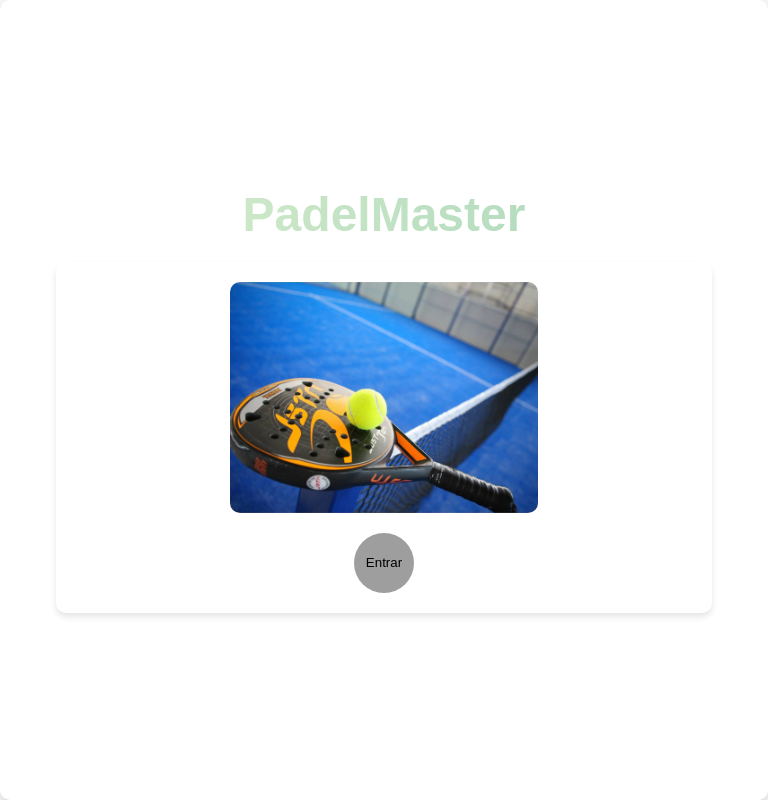
Repository: MarcioMiguel22/PadelMaster
Page: /
These files come from the project's save history. The page is drawn as it stood at one moment and after the next save; the edit follows.
The browser window is 768 px wide. The pictures show the whole page.
Pictures or frames that could not be fetched are drawn as grey boxes. The project was rebuilt for these pictures with package versions that can differ from the ones it lists, and the page was loaded fresh each time. Also part of the build but not shown: vite.config.ts, src/components/components_calculadora/JogadorItem.tsx, src/components/components_calculadora/JogadoresLista.tsx, src/components/components_calculadora/TrocarJogadoresButton.module.css, src/components/components_calculadora/TrocarJogadoresButton.tsx, src/components/components_calculadora/Campo.tsx, src/components/components_calculadora/Jogo.tsx, src/components/components_calculadora/Ranking.module.css and 19 more.

Above is the page before, as saved 2024-06-21 11:01:14.

### src/main.tsx
///home/marciomiguel/code/MarcioMiguel22/Sites/PadelMaster/src/main.tsx
import { render } from 'react-dom';
import { StrictMode } from 'react';
import App from './App';
import './index.css';

const root = document.getElementById('root')!;
render(
  <StrictMode>
    <App />
  </StrictMode>,
  root
);

### src/App.tsx

///home/marciomiguel/code/MarcioMiguel22/Sites/PadelMaster/src/App.tsx

import { BrowserRouter, Routes, Route } from 'react-router-dom';
import Home from './pages/Home/Home';
import Calculadora from './pages/Calculadora/Calculadora';
import PlayerComponent from './pages/Player/playerComponent';
function App() {
  return (
    <BrowserRouter>
      <Routes>
        <Route path="/" element={<Home />} />
        <Route path="/calculadora" element={<Calculadora />} /> // Wrap Calculadora component with curly braces
        <Route path="/player-component" element={<PlayerComponent />} />
      </Routes>
    </BrowserRouter>
  );
}

export default App

### src/pages/Home/Home.tsx
import React from 'react';
import { useNavigate } from 'react-router-dom';
import styles from './Home.module.css';
import padelImage from '../../assets/images/inicio.jpg';

const PadelPage: React.FC = () => {
  const navigate = useNavigate();

  return (
    <div className={styles.padelContainer}>
      <div className={styles.centeredContent}>
        <h1 className={styles.titulo}>PadelMaster</h1>
        <div className={styles.content}>
          <img src={padelImage} alt="Imagem de Padel" className={styles.padelImage} />
          <div className={styles.buttonContainer}>
            <button className={styles.enterButton} onClick={() => navigate('/calculadora')}>Entrar</button>
          </div>
        </div>
      </div>
    </div>
  );
};

export default PadelPage;

### src/pages/Home/Home.module.css
/* Reset some basic elements to ensure cross-browser consistency */
* {
  margin: 0;
  padding: 0;
  box-sizing: border-box;
  font-family: 'Arial', sans-serif;
}

body {
  background-color: #f4f4f9;
  color: #333;
}

.padelContainer {
  display: flex;
  flex-direction: column;
  align-items: center;
  justify-content: center;
  text-align: center;
  height: 100vh;
  overflow: hidden;
  background-color: #fff;
  padding: 20px;
  border-radius: 10px;
  box-shadow: 0 4px 6px rgba(0, 0, 0, 0.1);
}

.centeredContent {
  max-width: 90%;
  width: 100%;
}

.titulo {
  font-size: 3rem;
  color: #2c3e50;
  margin-bottom: 20px;
  background: linear-gradient(to right, #daefcd, #a8d5ba);
  background-clip: text; /* Add the standard property */
  -webkit-background-clip: text;
  -webkit-text-fill-color: transparent;
}

.content {
  display: flex;
  flex-direction: column;
  align-items: center;
  background-color: #fff;
  padding: 20px;
  border-radius: 10px;
  box-shadow: 0 4px 6px rgba(0, 0, 0, 0.1);
}

.padelImage {
  max-width: 100%;
  height: auto;
  border-radius: 10px;
  margin-bottom: 20px;
}

/* Limiting the image size for larger screens */
@media (min-width: 768px) {
  .padelImage {
    max-width: 50%;
  }
}

.buttonContainer {
  display: flex;
  justify-content: center;
}

.enterButton {
  background-image: url('../../assets/images/tennis-ball.png');
  background-size: cover;
  width: 60px;
  height: 60px;
  border: none;
  border-radius: 50%;
  cursor: pointer;
  transition: transform 0.3s ease;
}

.enterButton:hover {
  transform: scale(1.2);
}

### src/pages/Calculadora/Calculadora.css

:root {
  --main-bg-color: #4CAF50;
  --main-hover-color: #45a049;
  --input-padding: 5px;
  --font-size: 16px;
  --box-shadow: 0 0 15px rgba(0, 0, 0, 0.1);
}

body {
  cursor: default; /* Definindo o cursor padrão para o corpo */
}

.calculadora-container {
  display: flex;
  flex-direction: column;
  align-items: center;
  gap: 20px;
  overflow-x: hidden;
  width: 100%;
  max-width: 100vw;
}

.main-content {
  display: flex;
  flex-direction: column;
  align-items: center;
  gap: 20px;
  width: 100%;
  max-width: 100vw;
}

.jogadores-lista {
  background: linear-gradient(to right, #daefcd, #a8d5ba);
  display: flex;
  flex-direction: row;
  justify-content: center;
  flex-wrap: wrap;
  gap: 20px;
  width: 90%;
  max-width: 1100px;
  margin: 0 auto;
  padding: 50px;
  border-radius: 10px;
  box-shadow: var(--box-shadow);
  overflow-x: hidden; /* Adicionado para evitar overflow horizontal */
  cursor: default; /* Garantir que o cursor seja padrão para a lista de jogadores */
}

.fields-container {
  display: flex;
  flex-direction: column;
  align-items: center;
  margin-top: 20px;
  width: 100%;
  max-width: 100vw;
  cursor: default; /* Garantir que o cursor seja padrão para os campos */
}

.campos {
  display: flex;
  flex-wrap: wrap;
  justify-content: space-around;
  width: 100%;
  overflow-x: hidden;
  gap: 20px; /* Added gap between fields */
  cursor: default; /* Garantir que o cursor seja padrão para os campos */
}

.jogadores-coluna {
  display: flex;
  flex-direction: column;
  align-items: center;
  gap: 10px;
  cursor: default; /* Garantir que o cursor seja padrão para as colunas de jogadores */
}

.jogador-item {
  display: flex;
  align-items: center;
  margin-bottom: 10px;
  cursor: default; /* Garantir que o cursor seja padrão para os itens de jogadores */
}

.jogador-item label {
  margin-right: 10px;
  cursor: default; /* Garantir que o cursor seja padrão para os rótulos */
}

.jogador-input {
  margin-right: 5px;
  padding: var(--input-padding);
  font-size: var(--font-size);
  border: 1px solid #ccc;
  border-radius: 5px;
  cursor: text; /* Garantir que o cursor seja de texto para inputs */
  width: auto; /* Ajusta a largura do input ao conteúdo */
  min-width: 10px; /* Define uma largura mínima para o input */
  max-width: 100%; /* Impede que o input exceda a largura do contêiner */
}

.distribute-button, .scroll-to-top {
  background-color: var(--main-bg-color);
  color: white;
  padding: 10px 20px;
  border: none;
  border-radius: 5px;
  cursor: pointer;
  font-size: var(--font-size);
  margin-top: 10px;
}

.distribute-button:hover, .scroll-to-top:hover {
  background-color: var(--main-hover-color);
}

.jogo {
  margin-bottom: 40px;
}

.field {
  background: linear-gradient(to right, #c3e8ad, #a8d5ba);
  padding: 40px;
  border-radius: 10px;
  box-shadow: var(--box-shadow);
  width: 30%;
  min-width: 280px;
  margin: 10px; /* Added margin for extra spacing */
  cursor: default; /* Garantir que o cursor seja padrão para os campos */
}

.field h2 {
  margin-top: 0;
  cursor: default; /* Garantir que o cursor seja padrão para títulos */
}

.team {
  list-style-type: none;
  padding: 10px;
  background-color: #fff;
  margin: 5px 0;
  border-radius: 5px;
  box-shadow: var(--box-shadow);
  width: 100%;
  cursor: default; /* Garantir que o cursor seja padrão para listas de times */
}

.team.vencedor {
  background-color: #d4edda;
}

.team.perdedor {
  background-color: #f8d7da;
}

.team div {
  display: flex;
  align-items: center;
  justify-content: space-between;
  width: 100%;
  flex-wrap: wrap;
}

.team input.jogador-input {
  min-width: 100px;
  margin-right: 10px;
  cursor: text; /* Garantir que o cursor seja de texto para inputs */
}

.team input.resultado-input {
  margin-left: 10px;
  padding: var(--input-padding);
  font-size: var(--font-size);
  cursor: text; /* Garantir que o cursor seja de texto para inputs */
}

.ranking-container {
  margin-top: 40px;
  text-align: center; /* Centraliza o conteúdo dentro do contêiner */
}

.ranking-container h2 {
  margin-bottom: 10px;
  cursor: default; /* Garantir que o cursor seja padrão para títulos */
}

.ranking-container ul {
  list-style-type: none;
  padding: 0;
  cursor: default; /* Garantir que o cursor seja padrão para listas */
}

.ranking-container li {
  margin: 5px 0;
  cursor: default; /* Garantir que o cursor seja padrão para itens de lista */
}

.export-button-container {
  display: flex;
  justify-content: center;
  margin-top: 20px;
}

.export-button {
  background-color: #4CAF50; /* Verde */
  border: none;
  color: white;
  padding: 10px 20px; /* Reduzido o padding para tornar o botão menor */
  text-align: center;
  text-decoration: none;
  display: inline-block;
  font-size: 14px; /* Reduzido o tamanho da fonte */
  margin: 4px 2px;
  cursor: pointer;
  border-radius: 12px; /* Cantos arredondados */
  transition-duration: 0.4s;
}

.export-button:hover {
  background-color: white;
  color: black;
  border: 2px solid #4CAF50;
}

/* Media Queries for Mobile */
@media screen and (max-width: 767px) {
  .jogadores-lista {
    flex-direction: column;
    align-items: center;
    gap: 20px;
    padding: 10px;
  }

  .field {
    width: 80%;
    margin-bottom: 20px;
  }

  .campos {
    flex-direction: column;
    align-items: center;
    gap: 20px;
  }

  .distribute-button, .scroll-to-top {
    width: 100%;
    font-size: 14px;
    padding: 8px 16px;
  }

  .team div {
    flex-direction: column;
    align-items: flex-start;
    width: 100%;
  }

  .team input.resultado-input {
    margin-left: 0;
    margin-top: 5px;
  }

  .ranking-container {
    flex-flow: column;
    margin-top: 40px;
  }

  .ranking-container h2 {
    margin-bottom: 10px;
  }

  .ranking-container ul {
    list-style-type: none;
    padding: 0;
  }

  .ranking-container li {
    margin: 5px 0;
  }
}

Loaded but not shown: index.html (common file)

After the next save:
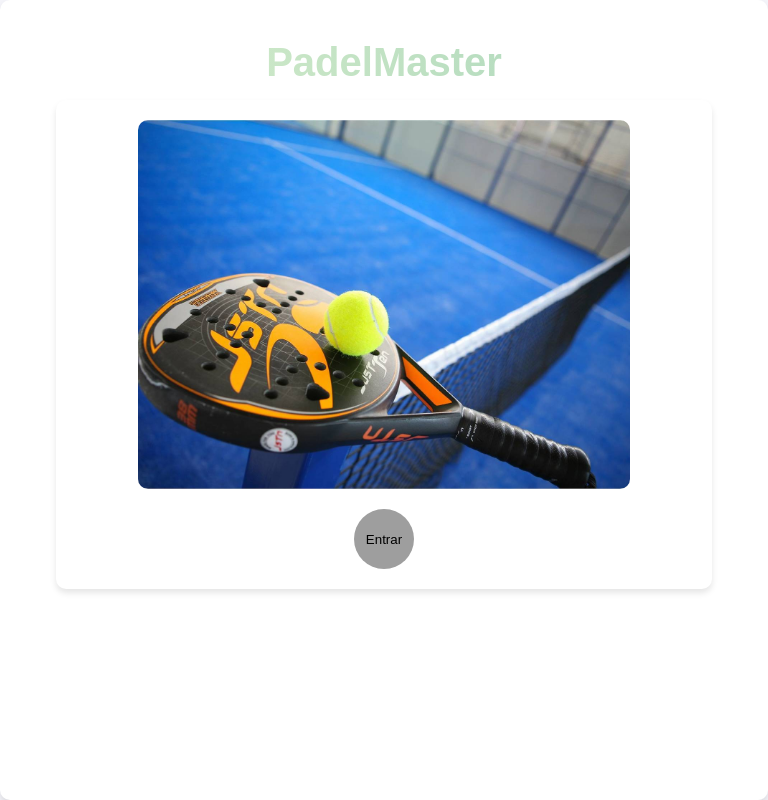
Saved 105 s later.
--- a/src/pages/Home/Home.module.css
+++ b/src/pages/Home/Home.module.css
@@ -83,3 +83,24 @@ body {
 .enterButton:hover {
   transform: scale(1.2);
 }
+
+/* Adjusting layout for mobile devices */
+@media (max-width: 768px) {
+  .padelContainer {
+    justify-content: flex-start;
+    padding-top: 20px;
+  }
+
+  .centeredContent {
+    margin-top: 20px;
+  }
+
+  .titulo {
+    font-size: 2.5rem;
+    margin-bottom: 15px;
+  }
+
+  .padelImage {
+    max-width: 80%;
+  }
+}
